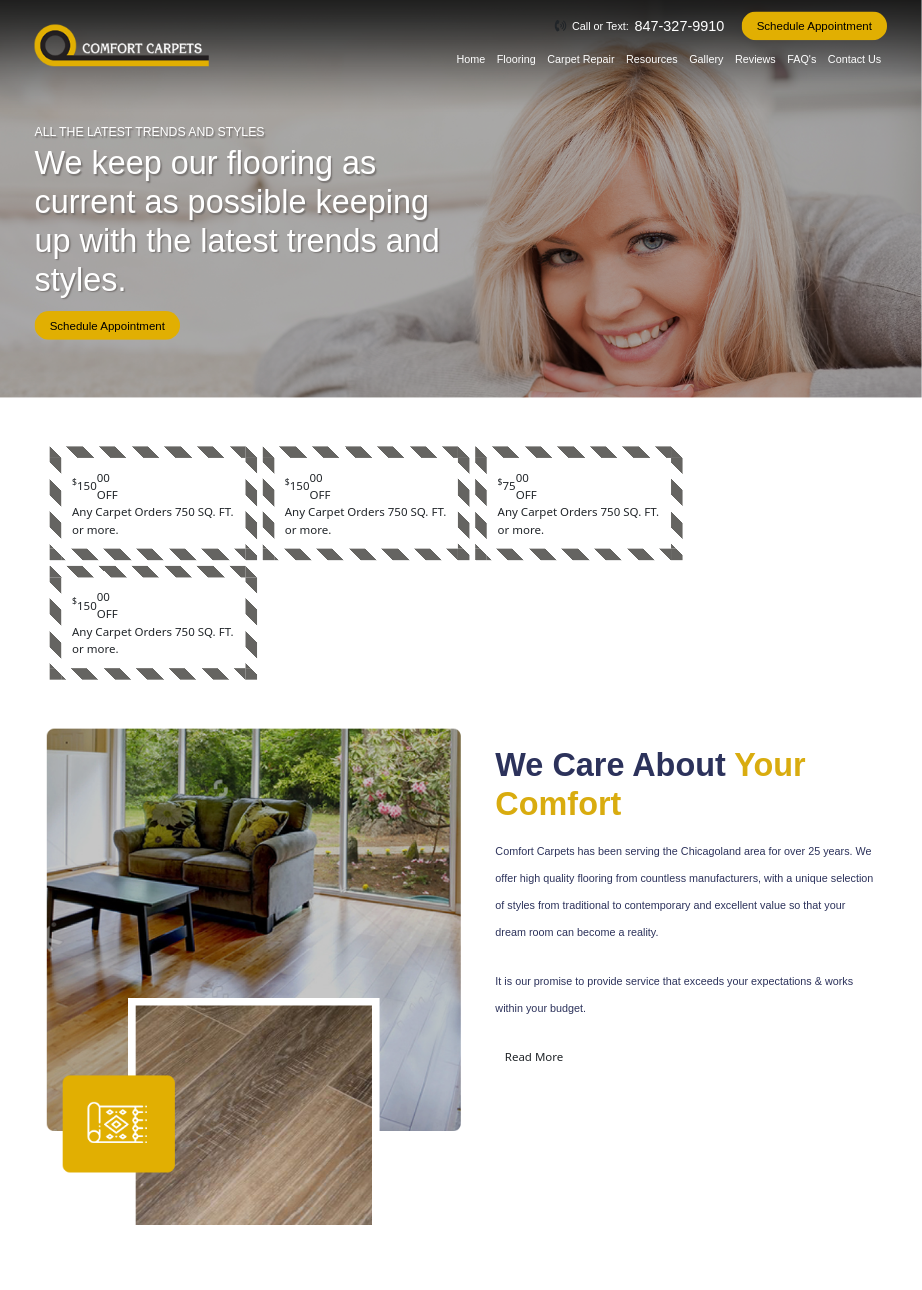
Repository: Ab-dur-Rehman/sscaseFolders
Page: index.html
An editor plug-in stored every save of this project. The page is shown before and after the next save, followed by the edit.
The browser window is 1280 px wide. The pictures show the whole page, at 72% of full size.
Some web fonts or font styles are not loaded; a fallback is used.

Above is the page before, as saved 2022-12-26 10:25:04.

### index.html
<!doctype html>
<html lang="en">
  <head>
    <meta charset="utf-8">
    <meta name="viewport" content="width=device-width, initial-scale=1">
    <!-- Bootstrap CSS -->
    <link href="https://cdn.jsdelivr.net/npm/bootstrap@5.0.2/dist/css/bootstrap.min.css" rel="stylesheet" integrity="sha384-EVSTQN3/azprG1Anm3QDgpJLIm9Nao0Yz1ztcQTwFspd3yD65VohhpuuCOmLASjC" crossorigin="anonymous">
    <!-- Custom CSS -->
    <link rel="stylesheet" href="assets/css/style.css">
    <!-- FontAwesome -->
    <link rel="stylesheet" href="https://cdnjs.cloudflare.com/ajax/libs/font-awesome/6.2.1/css/all.min.css" integrity="sha512-MV7K8+y+gLIBoVD59lQIYicR65iaqukzvf/nwasF0nqhPay5w/9lJmVM2hMDcnK1OnMGCdVK+iQrJ7lzPJQd1w==" crossorigin="anonymous" referrerpolicy="no-referrer" />
    <!-- JQuery -->
    <script src="https://code.jquery.com/jquery-3.6.1.min.js" integrity="sha256-o88AwQnZB+VDvE9tvIXrMQaPlFFSUTR+nldQm1LuPXQ=" crossorigin="anonymous"></script>
    <!-- Bootstrap JS -->
    <script src="https://cdn.jsdelivr.net/npm/bootstrap@5.0.2/dist/js/bootstrap.bundle.min.js" integrity="sha384-MrcW6ZMFYlzcLA8Nl+NtUVF0sA7MsXsP1UyJoMp4YLEuNSfAP+JcXn/tWtIaxVXM" crossorigin="anonymous"></script>
    <!-- Custom Scripts -->
    <script type="module" src="assets/js/script.js"></script>

    <title>Comfort Carpets</title>
  </head>
  <body>
    <div class="col-lg-12 mx-auto main-wrapper">

      <header class="py-3 px-5 header-top">
        <div class="header-top-inner row gx-0 max-content d-flex flex-row align-items-center">
          <div class="col-md-3 logo-top mx-0 px-0">
            <a href="#"><img src="assets/images/logo.png" alt="logo"/></a>
          </div>
          <div class="col-md-9 header-left mx-0 px-0 py-0">
            <div class="top-call-info">
              <div class="top-call-info-inner d-flex flex-row justify-content-end align-items-center">
                <div class="top-call-info-inner-left px-4 d-flex flex-row align-items-center">
                  <i class="fa fa-volume-control-phone" aria-hidden="true"></i>
                  <span class="call-text px-2">Call or Text: </span>
                  <span class="call-number">847-327-9910</span>
                </div>
                <div class="top-call-info-inner-right">
                  <button type="button" class="btn btn-appointment">Schedule Appointment</button>
                </div>
              </div>
            </div>
            <div class="main-nav-wrapper">
              <nav class="navbar navbar-expand-lg navbar-light">
                <div class="container-fluid justify-content-end">
                  <button class="navbar-toggler" type="button" data-bs-toggle="collapse" data-bs-target="#navbarNav" aria-controls="navbarNav" aria-expanded="false" aria-label="Toggle navigation">
                    <span class="navbar-toggler-icon"></span>
                  </button>
                  <div class="collapse navbar-collapse justify-content-end" id="navbarNav">
                    <ul class="navbar-nav text-end">
                      <li class="nav-item">
                        <a class="nav-link active" aria-current="page" href="#">Home</a>
                      </li>
                      <li class="nav-item">
                        <a class="nav-link" href="#">Flooring</a>
                      </li>
                      <li class="nav-item">
                        <a class="nav-link" href="#">Carpet Repair</a>
                      </li>
                      <li class="nav-item">
                        <a class="nav-link" href="#">Resources</a>
                      </li>
                      <li class="nav-item">
                        <a class="nav-link" href="#">Gallery</a>
                      </li>
                      <li class="nav-item">
                        <a class="nav-link" href="#">Reviews</a>
                      </li>
                      <li class="nav-item">
                        <a class="nav-link" href="#">FAQ's</a>
                      </li>
                      <li class="nav-item">
                        <a class="nav-link" href="#">Contact Us</a>
                      </li>
                    </ul>
                  </div>
                </div>
              </nav>
            </div>
          </div>
        </div>
        <div class="header-bottom row gx-0 max-content d-flex flex-row align-items-center py-5 my-3">
          <div class="col-lg-6 banner-text mx-0 px-0">
            <div class="banner-text-inner">
              <h4 class="banner-title">All the latest trends and styles</h4>
              <p class="banner-sub">We keep our flooring as current as possible keeping up with the latest trends and styles.</p>
              <div class="top-call-info-inner-right">
                <button type="button" class="btn btn-appointment">Schedule Appointment</button>
              </div>
          </div>
          <div class="col-lg-6 mx-0 px-0"></div>
        </div>
      </header>
      <div class="header-bottom col-lg-12 mx-auto main-content-2">
        <div class="row gx-0 d-flex flex-row align-items-center py-5 my-3">
          <div class="tab-wrapper col-3 m-1">
            <div class="tab-price d-flex flex-row align-items-center">
              <sup>$</sup>150<span>00</br>OFF</span>
            </div>
            <span>Any Carpet Orders</span>
            <span>750 SQ. FT. or more.</span>
          </div>
          <div class="tab-wrapper col-3 m-1">
            <div class="tab-price d-flex flex-row align-items-center">
              <sup>$</sup>150<span>00</br>OFF</span>
            </div>
            <span>Any Carpet Orders</span>
            <span>750 SQ. FT. or more.</span>
          </div>
          <div class="tab-wrapper col-3 m-1">
            <div class="tab-price d-flex flex-row align-items-center">
              <sup>$</sup>75<span>00</br>OFF</span>
            </div>
            <span>Any Carpet Orders</span>
            <span>750 SQ. FT. or more.</span>
          </div>
          <div class="tab-wrapper col-3 m-1">
            <div class="tab-price d-flex flex-row align-items-center">
              <sup>$</sup>150<span>00</br>OFF</span>
            </div>
            <span>Any Carpet Orders</span>
            <span>750 SQ. FT. or more.</span>
          </div>
        </div>
      </div>
      <content class="col-12 main-content">
        <div class="content-top col-lg-12 mx-auto main-content-2">
          <div class="row gx-0 d-flex flex-row align-items-top my-3">
            <div class="cont-1-pic col-lg-6">
              <img src="assets/images/about.png" alt="Cont-1-pic"/>
            </div>
            <div class="cont-1-text col-lg-6 my-4">
              <div class="cont-1-text-inner p-text ps-5">
                <h1>We Care About <span>Your Comfort</span></h1>
                <p>Comfort Carpets has been serving the Chicagoland area for over 25 years. We offer high quality flooring from countless manufacturers, with a unique selection of styles from traditional to contemporary and excellent value so that your dream room can become a reality.</p>
                <p>It is our promise to provide service that exceeds your expectations & works within your budget.</p>
                <button type="button" class="btn btn-read-more">Read More</button>
              </div>
            </div>
          </div>
        </div>
      </content>
      <footer class="row gx-0 py-3 px-5 footer-wrapper text-center mt-5">

      </footer>
    </div>
  </body>
</html>

### assets/css/style.css
@import url('https://fonts.googleapis.com/css2?family=Amiko:wght@400;600;700&family=Chivo:wght@400;500;600;700&display=swap');


img { width:100%;}
/* body { color:#fff;} */

/* font-family: 'Amiko', sans-serif;
font-family: 'Chivo', sans-serif; */

.logo-top img {
    max-width: 242px;
}
.max-content {
    max-width: 1200px;
    margin: 0 auto;
    width: 100%;
}
.main-content-2 {
    max-width: 1150px;
    margin: 0 auto;
    width: 100%;
}
.header-top {
    background:url(../images/bnr.png);
    background-position: top center;
    background-repeat: no-repeat;
    background-size:cover;
}
.btn-appointment {
    background: #e1af02;
    color: #000;
    font-family: 'Amiko', sans-serif;
    padding: 12px 20px 10px 20px;
    border-radius: 5px;
    font-size: 16px;
    font-weight: 500;
    border-radius: 40px;
    line-height: 1;
}
.call-text {
    font-size: 15px;
    font-weight: 400;
    font-family: 'Amiko', sans-serif;
    color: #fff;
}
.call-number {
    font-size: 20px;
    font-weight: 500;
    font-family: 'Chivo', sans-serif;
    color: #fff;
}
.nav-link {
    font-size: 15px;
    font-weight: 400;
    font-family: 'Amiko', sans-serif;
    color: #fff!important;
}

.banner-title {
    font-size: 17px;
    font-weight: 500;
    font-family: 'Amiko', sans-serif;
    color: #fff;
    line-height: 1;
    text-transform: uppercase;
    text-shadow: 2px 2px 2px #777371;
}
.banner-sub {
    font-size: 45px;
    font-weight: 400;
    font-family: 'Chivo', sans-serif;
    color: #fff;
    line-height: 1.2;
    text-shadow: 2px 2px 2px #777371;
}
.tab-wrapper {
    border: 10px solid transparent;
    padding: 15px;
    /* border-image: url(../images/31.png) 4% round; */
    /* border-image-outset: 10px 5px 15px 5px; */
    /* border-image-slice: 70; */
    /* border-image-source:url('../images/31.png');
    border-image-repeat: stretch;
    border-image-slice: 30;
    border-image-width: 50px;
    border-image-outset: 10px; */

    border: 16px solid transparent;
	border-image: 16 repeating-linear-gradient(45deg, #656461 0, #656461 1em, transparent 0, transparent 2em, #656461 0, #656461 3em, transparent 0, transparent 4em);

}

.p-text h1 {
    font-size: 45px;
    font-weight: 800;
    font-family: 'Chivo', sans-serif;
    color: #2c325b;
    margin-bottom: 20px;
}
.p-text h1 span {
    color: #d9ac0f;
}
.p-text p {
    font-size: 15px;
    font-weight: 400;
    font-family: 'Amiko', sans-serif;
    color: #2c325b;
    line-height: 2.5;
    margin-bottom: 30px;
}


/* //Responsive */

@media only screen and (max-width: 1350px) {

}

@media only screen and (max-width: 1262px) and (min-width: 1024px) {

}
@media only screen and (max-width: 1023px) {

}
@media only screen and (max-width: 982px) {

}
@media only screen and (max-width: 685px) {

}
@media only screen and (max-width: 576px) {

}

### assets/js/script.js
//doughnut
// var ctxD = document.getElementById("doughnutChart").getContext('2d');
// var ctxD2 = document.getElementById("doughnutChart2").getContext('2d');
// var myLineChart = new Chart(ctxD, {
//   type: 'doughnut',
//   data: {
//     labels: ["Red", "Green"],
//     datasets: [{
//       data: [25, 75],
//       backgroundColor: ["#F7464A", "#46BFBD"],
//       hoverBackgroundColor: ["#FF5A5E", "#5AD3D1"]
//     }]
//   },
//   options: {
//   	responsive: true
//   }
// });

// var myLineChart2 = new Chart(ctxD2, {
//     type: 'doughnut',
//     data: {
//       labels: ["Red", "Green"],
//       datasets: [{
//         data: [25, 75],
//         backgroundColor: ["#F7464A", "#46BFBD"],
//         hoverBackgroundColor: ["#FF5A5E", "#5AD3D1"]
//       }]
//     },
//     options: {
//         responsive: true
//     }
//   });

$(".option-icon-right input:checkbox").change(function(){
    $(this).closest("li").toggleClass('selected', this.checked);
    $('li.selected .option-icon-right label span').text('On');
    $('li:not(.selected) .option-icon-right label span').text('Off');
});

After the next save:
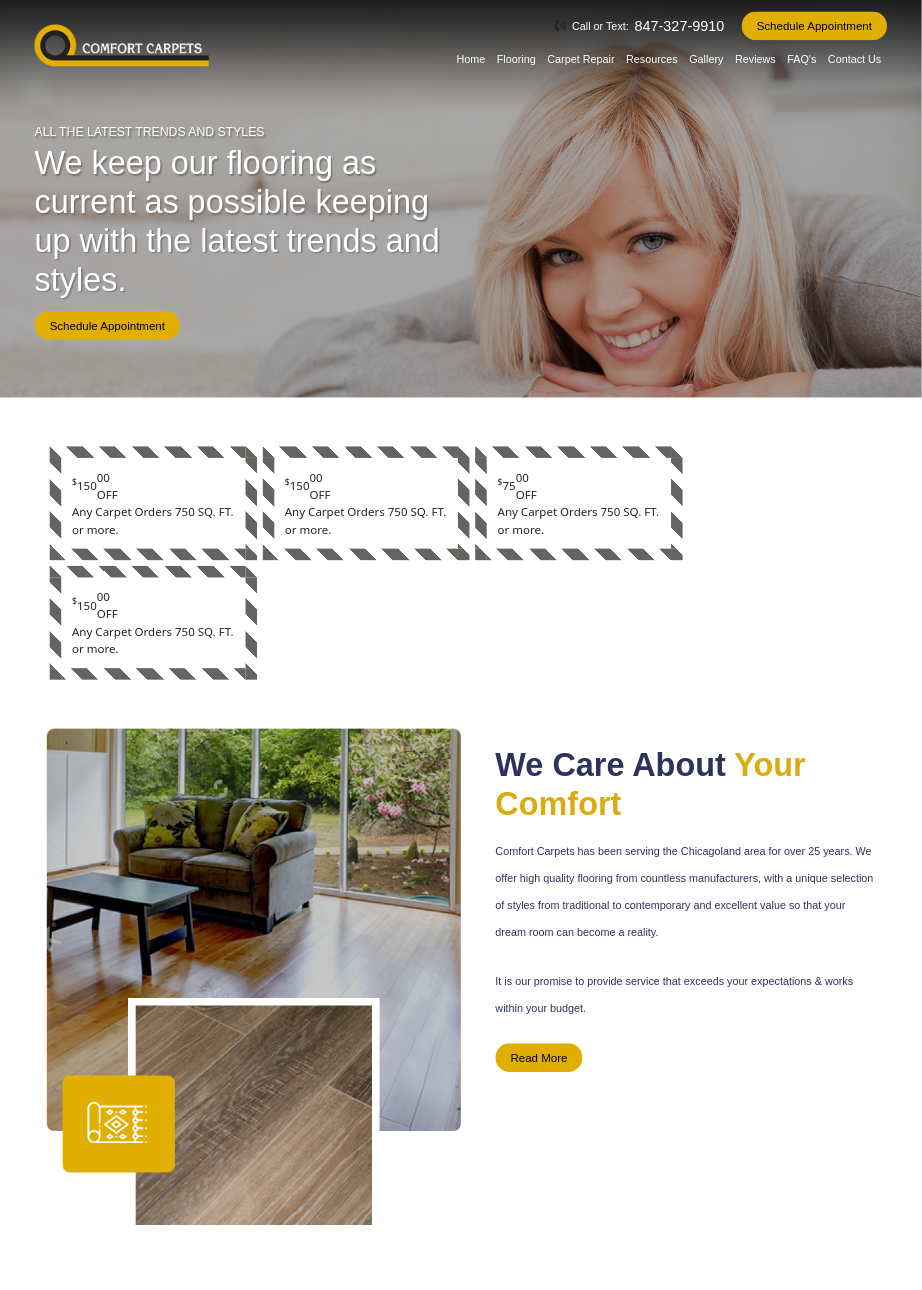
Saved 58 s later.
--- a/assets/css/style.css
+++ b/assets/css/style.css
@@ -109,6 +109,18 @@
     margin-bottom: 30px;
 }
 
+.btn-read-more {
+    background: #e1af02;
+    color: #000;
+    font-family: 'Amiko', sans-serif;
+    padding: 12px 20px 10px 20px;
+    border-radius: 5px;
+    font-size: 16px;
+    font-weight: 500;
+    border-radius: 40px;
+    line-height: 1;
+}
+
 
 /* //Responsive */
 
